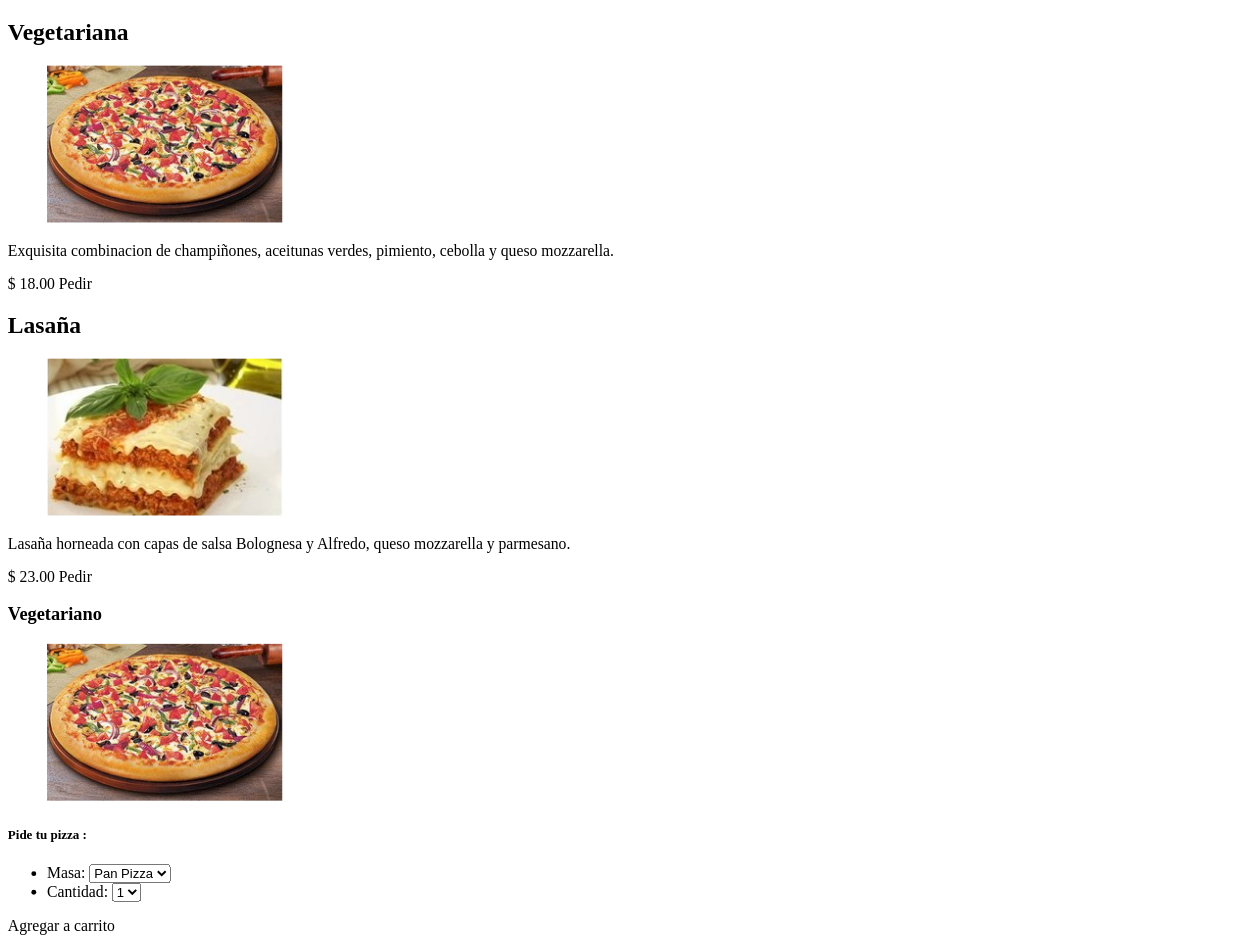
Repository: ProSoft-PDSI/sdsddo
Page: http://localhost/sdsr/Especiales
An editor plug-in stored every save of this project. The page is shown before and after the next save, followed by the edit.
The browser window is 1280 px wide. The pictures show the whole page, at 98% of full size.
The page is served by Tomcat 9. Other server files are loaded and not shown. Queries for data that is not in the repository find no rows.

Above is the page before, as saved 2014-07-21 00:37:27.

### Web/sdsr/WebContent/Especiales.jsp
<%@ page language="java" contentType="text/html; charset=ISO-8859-1"
    pageEncoding="ISO-8859-1"%>
<%@ taglib prefix="c" uri="http://java.sun.com/jsp/jstl/core"%>
<!DOCTYPE html>
<html>
<head>
<meta charset="utf-8">
<title></title>
</head>
<body id="page4">
<div class="body6">
	<div class="body1">
		<div class="main">
<!-- content -->
			<article id="content">
				<div class="wrap">
					<section class="cols">
						<div class="box">
							<div>
								<h2 class="letter_spacing"> Vegetariana</h2>
								<figure><img src="images/esp_1.jpg" alt="" ></figure>
								<p class="pad_bot1"> Exquisita combinacion de champiñones, aceitunas verdes, pimiento, cebolla y queso mozzarella.</p>
								<a class="md-trigger" data-modal="modal-1" class="button1">$ 18.00 Pedir</a>
							</div>
						</div>
					</section>
					<section class="cols pad_left1">
						<div class="box">
							<div>
								<h2>Lasaña </h2>
								<figure><img src="images/esp_2.jpg" alt="" ></figure>
								<p class="pad_bot1">Lasaña horneada con capas de salsa Bolognesa y Alfredo, queso mozzarella y parmesano.</p>
								<a class="md-trigger" data-modal="modal-2" class="button1">$ 23.00 Pedir</a>
							</div>
						</div>
					</section>
				</div>
			</article>
		</div>
	</div>
</div>
<div id="modal-1" class="md-modal md-effect-1" >
			<div class="md-content">
				<h3><span>Vegetariano</span></h3>
				<div>
					<h3><figure><img src="images/esp_1.jpg" alt="" ></figure></h3>
					<h5>Pide tu pizza :</h5>
						 <ul>
							<li>Masa:
								<select>
									<option>Pan Pizza</option>
									<option>PHD</option>
								</select>
							</li>
							<li>Cantidad:
								<select>
									<option>1</option>
									<option>2</option>
									<option>3</option>
									<option>4</option>
									<option>5</option>
								</select>
							</li>
						</ul>
						<a class="button1" class="md-close"> Agregar a carrito</a>
		        </div>
        </div>
</div>

</body>
</html>

### Web/sdsr/src/controller/PedidosController.java
package controller;

import java.io.IOException;
import java.util.List;
import java.util.Vector;

import javax.servlet.RequestDispatcher;
import javax.servlet.ServletException;
import javax.servlet.annotation.WebServlet;
import javax.servlet.http.HttpServlet;
import javax.servlet.http.HttpServletRequest;
import javax.servlet.http.HttpServletResponse;
import javax.servlet.http.HttpSession;

import entity.Cliente;
import entity.DetallePedido;
import entity.Pedido;
import entity.Usuario;
import model.ControlModel;
import model.PedidosModel;
import model.ProductoModel;

@WebServlet({"/InsertarPedido","/EliminarPedido","/ModificarPedido","/ListaPedidos","/Entrada","/Pizza","/Especiales","/InsertaLista"})
public class PedidosController extends HttpServlet {
	private static final long serialVersionUID = 1L;
	List<DetallePedido> listapedido = new Vector<DetallePedido>();

    public PedidosController() {
        super();
    }

    protected void doPost(HttpServletRequest request, HttpServletResponse response) throws ServletException, IOException {
		String alias = request.getServletPath();
		if(alias.equals("/Entrada")){
			EntradaPost(request,response);
		}else if(alias.equals("/Pizza")){
			PizzaPost(request,response);
		}else if(alias.equals("/Especiales")){
			EspecialesPost(request,response);
		}else if(alias.equals("/InsertarPedido")){
			InsertarPedido(request,response);
		}
    }


	private void EspecialesPost(HttpServletRequest request,
			HttpServletResponse response) throws ServletException, IOException {
		try {
			ProductoModel model = new ProductoModel();
			request.setAttribute("listaespecial", model.getEspeciales());

			HttpSession session = request.getSession(true);
			String codProducto = (String) request.getParameter("codigo");
			int cantidad = Integer.parseInt((String)request.getParameter("cant"));
			DetallePedido bean = new DetallePedido();
			ControlModel model1 = new ControlModel();
			bean.setNropedido(model1.getValor("pedido"));
			bean.setCodproducto(codProducto);
			bean.setCant(cantidad);
			listapedido.add(bean);
			session.setAttribute("lista", listapedido);
		} catch (Exception e) {
			System.out.println(e.getMessage());
		}
		RequestDispatcher rd;
		rd = request.getRequestDispatcher("Pedido.jsp");
		rd.forward(request, response);

	}

	private void PizzaPost(HttpServletRequest request,
			HttpServletResponse response) throws ServletException, IOException {
		try {
			ProductoModel model = new ProductoModel();
			request.setAttribute("listapizza", model.getPizza());
			request.setAttribute("listapizzaclasico", model.getPizzaClasico());

			HttpSession session = request.getSession(true);
			String codProducto = (String) request.getParameter("codigo");
			int cantidad = Integer.parseInt((String)request.getParameter("cant"));
			DetallePedido bean = new DetallePedido();
			ControlModel model1 = new ControlModel();
			bean.setNropedido(model1.getValor("pedido"));
			bean.setCodproducto(codProducto);
			bean.setCant(cantidad);
			listapedido.add(bean);
			session.setAttribute("lista", listapedido);
		} catch (Exception e) {
			System.out.println(e.getMessage());
		}

		RequestDispatcher rd;
		rd = request.getRequestDispatcher("Pedido.jsp");
		rd.forward(request, response);
	}

	private void EntradaPost(HttpServletRequest request,
			HttpServletResponse response) throws ServletException, IOException {
		try {
		ProductoModel model = new ProductoModel();
		request.setAttribute("listaentrada", model.getEntrada());
		request.setAttribute("listaentradaclasico", model.getEntradaClasico());

		HttpSession session = request.getSession(true);
		String codProducto = (String) request.getParameter("codigo");
		int cantidad = Integer.parseInt((String)request.getParameter("cant"));
		DetallePedido bean = new DetallePedido();
		ControlModel model1 = new ControlModel();
		bean.setNropedido(model1.getValor("pedido"));
		bean.setCodproducto(codProducto);
		bean.setCant(cantidad);
		listapedido.add(bean);
		session.setAttribute("lista", listapedido);
		} catch (Exception e) {
			System.out.println(e.getMessage());
		}
		RequestDispatcher rd;
		rd = request.getRequestDispatcher("Pedido.jsp");
		rd.forward(request, response);

	}

	protected void doGet(HttpServletRequest request, HttpServletResponse response) throws ServletException, IOException {
		String alias = request.getServletPath();
		if(alias.equals("/ListaPedidos")){
				ListaPedidos(request,response);
		}else if(alias.equals("/Entrada")){
			Entrada(request,response);
		}else if(alias.equals("/Pizza")){
			Pizza(request,response);
		}else if(alias.equals("/Especiales")){
			Especiales(request,response);
		}
	}

	private void Especiales(HttpServletRequest request,
			HttpServletResponse response) throws ServletException, IOException {
		ProductoModel model = new ProductoModel();
		request.setAttribute("listaespecial", model.getEspeciales());
		RequestDispatcher rd;
		rd = request.getRequestDispatcher("Especiales.jsp");
		rd.forward(request, response);

	}


	private void Pizza(HttpServletRequest request, HttpServletResponse response) throws ServletException, IOException {
		try{
		ProductoModel model = new ProductoModel();
		request.setAttribute("listapizza", model.getPizza());
		request.setAttribute("listapizzaclasico", model.getPizzaClasico());
		} catch (Exception e) {
			System.out.println(e.getMessage());
		}
		RequestDispatcher rd;
		rd = request.getRequestDispatcher("Clasica.jsp");
		rd.forward(request, response);

	}

	private void Entrada(HttpServletRequest request, HttpServletResponse response) throws ServletException, IOException {
		try{
		ProductoModel model = new ProductoModel();
		request.setAttribute("listaentrada", model.getEntrada());
		request.setAttribute("listaentradaclasico", model.getEntradaClasico());
		} catch (Exception e) {
			System.out.println(e.getMessage());
		}
		RequestDispatcher rd;
		rd = request.getRequestDispatcher("Entrada.jsp");
		rd.forward(request, response);

	}

	private void ListaPedidos(HttpServletRequest request,
			HttpServletResponse response) throws ServletException, IOException {
			HttpSession session = request.getSession(true);
			session.getAttribute("lista");
			RequestDispatcher rd = request.getRequestDispatcher("Pedido.jsp");
			rd.forward(request, response);

	}

	private void InsertarPedido(HttpServletRequest request,
			HttpServletResponse response) throws ServletException, IOException {
			try{
			HttpSession session = request.getSession(true);
				Cliente cli = (Cliente)session.getAttribute("cliente");
				Usuario usu = (Usuario)session.getAttribute("user");
				PedidosModel model = new PedidosModel();
				ControlModel model1 = new ControlModel();
				String codigo = model1.getValor("pedido");
				model.InsertarPedidos(cli.getDni(),usu.getUsuario());
				model.InsertaProductosDetallePedido(listapedido, usu.getUsuario());
				Pedido pedido = model.getPedido(codigo);
				session.setAttribute("nropedido",codigo);
				session.setAttribute("totalpedido", pedido.getTotalpedido());
				System.out.println(pedido.getTotalpedido());
				request.setAttribute("mensaje", "insercion Exitosa");
				session.removeAttribute("listapedido");
			} catch (Exception e) {
				System.out.println(e.getMessage());
			}
			RequestDispatcher rd = request.getRequestDispatcher("Pagos.jsp");
			rd.forward(request, response);
	}

}

### Web/sdsr/src/model/ProductoModel.java
package model;

import java.util.List;

import dao.impl.ProductoDaoImpl;
import dao.spec.ProductoDao;
import entity.Producto;

public class ProductoModel {
	public List<Producto> getEntrada(){
		ProductoDao dao = new ProductoDaoImpl();
		List<Producto> entrada = dao.getEntrada();
		return entrada;
	}

	public List<Producto> getEntradaClasico(){
		ProductoDao dao = new ProductoDaoImpl();
		List<Producto> entrada = dao.getEntradaClasico();
		return entrada;
	}

	public List<Producto> getPizza(){
		ProductoDao dao = new ProductoDaoImpl();
		List<Producto> entrada = dao.getPizza();
		return entrada;
	}

	public List<Producto> getEspeciales(){
		ProductoDao dao = new ProductoDaoImpl();
		List<Producto> entrada = dao.getEspeciales();
		return entrada;
	}

	public List<Producto> getPizzaClasico(){
		ProductoDao dao = new ProductoDaoImpl();
		List<Producto> entrada = dao.getPizzaClasico();
		return entrada;
	}

	public Producto getProducto(String codProducto){
		ProductoDao dao = new ProductoDaoImpl();
		return dao.getProducto(codProducto);

	}
}

### Web/sdsr/src/dao/spec/ProductoDao.java
package dao.spec;

import java.util.List;

import entity.Producto;

public interface ProductoDao {
	List<Producto> getEntrada();
	List<Producto> getEntradaClasico();
	List<Producto> getPizza();
	List<Producto> getPizzaClasico();
	List<Producto> getEspeciales();
	Producto getProducto(String Producto);
	String getNombreProducto(String codproducto);
}

### Web/sdsr/src/dao/util/RowMapper.java
package dao.util;

import java.sql.ResultSet;

public interface RowMapper<T> {
	public abstract T mapRow(ResultSet rs);
}

### Web/sdsr/src/dao/impl/ProductoDaoImpl.java
package dao.impl;

import java.sql.Connection;
import java.sql.PreparedStatement;
import java.sql.ResultSet;
import java.sql.SQLException;
import java.sql.Statement;
import java.util.ArrayList;
import java.util.List;

import dao.spec.ProductoDao;
import dao.util.AccesoDB;
import dao.util.RowMapper;
import entity.Producto;

public class ProductoDaoImpl implements ProductoDao,RowMapper<Producto> {

	@Override
	public List<Producto> getEntrada() {
		List<Producto> menu=new ArrayList<Producto>();
		Connection cn=null;
		try {
			cn = AccesoDB.getConnection();
			String sql="select * from producto where categoria = 'normal' and codproducto like 'EN%' ";
			Statement stm = cn.createStatement();
			ResultSet rs = stm.executeQuery(sql);
			while(rs.next()){
				menu.add(mapRow(rs));
			}
			rs.close();
			stm.close();
		} catch (Exception e) {
			throw new RuntimeException(e.getMessage());
		}finally{
			try {
				cn.close();
			} catch (SQLException e) {
				throw new RuntimeException(e.getMessage());
			}
		}
		return menu;
	}


	public List<Producto> getEntradaClasico() {
		List<Producto> menu=new ArrayList<Producto>();
		Connection cn=null;
		try {
			cn = AccesoDB.getConnection();
			String sql="select * from producto where categoria = 'clasico' and codproducto like 'EN%' ";
			Statement stm = cn.createStatement();
			ResultSet rs = stm.executeQuery(sql);
			while(rs.next()){
				menu.add(mapRow(rs));
			}
			rs.close();
			stm.close();
		} catch (Exception e) {
			throw new RuntimeException(e.getMessage());
		}finally{
			try {
				cn.close();
			} catch (SQLException e) {
				throw new RuntimeException(e.getMessage());
			}
		}
		return menu;
	}


	public Producto mapRow(ResultSet rs) {
		Producto bean = new Producto();
		try {
			bean.setCodProducto(rs.getString("codproducto"));
			bean.setNombre(rs.getString("nombreproducto"));
			bean.setDescripcion(rs.getString("descrproducto"));
			bean.setPrecio(rs.getDouble("preciounitario"));
			bean.setCategoria(rs.getString("categoria"));
			bean.setImagen(rs.getString("imagen"));
			bean.setStock(rs.getInt("stock"));
		} catch (SQLException e) {
			throw new RuntimeException(e.getMessage());
		}
		return bean;

	}

	@Override
	public Producto getProducto(String codproducto) {
		Connection cn=null;
		Producto pro = new Producto();
		try {
			cn = AccesoDB.getConnection();
			String sql="select * from producto where codproducto = ?";
			PreparedStatement pstm = cn.prepareStatement(sql);
			pstm.setString(1, codproducto);
			ResultSet rs = pstm.executeQuery(sql);
			rs.next();
			pro=mapRow(rs);
			rs.close();
			pstm.close();
		} catch (Exception e) {
			throw new RuntimeException(e.getMessage());
		}finally{
			try {
				cn.close();
			} catch (SQLException e) {
				throw new RuntimeException(e.getMessage());
			}
		}
		return pro;
	}

	@Override
	public String getNombreProducto(String codproducto) {
		Connection cn=null;
		String nombre=null;
		try {
			cn = AccesoDB.getConnection();
			String sql="select nombreproducto from producto where codproducto = ?";
			PreparedStatement pstm = cn.prepareStatement(sql);
			pstm.setString(1, codproducto);
			ResultSet rs = pstm.executeQuery(sql);
			while(rs.next()){
				nombre= rs.getString("nombreproducto");
			}

			rs.close();
			pstm.close();
		} catch (Exception e) {
			throw new RuntimeException(e.getMessage());
		}finally{
			try {
				cn.close();
			} catch (SQLException e) {
				throw new RuntimeException(e.getMessage());
			}
		}
		return nombre;
	}


	@Override
	public List<Producto> getPizza() {
		List<Producto> menu=new ArrayList<Producto>();
		Connection cn=null;
		try {
			cn = AccesoDB.getConnection();
			String sql="select replace(nombreproducto,'Personal',''),descrproducto,categoria,imagen,stock from producto where categoria = 'normal'"
					+ "and codproducto like 'PI%'"
					+ "and nombreproducto like '%Personal'";
			Statement stm = cn.createStatement();
			ResultSet rs = stm.executeQuery(sql);
			while(rs.next()){
				Producto bean = new Producto();
				bean.setCodProducto("PI");
				bean.setNombre(rs.getString(1));
				bean.setDescripcion(rs.getString("descrproducto"));
				bean.setPrecio(0);
				bean.setCategoria(rs.getString("categoria"));
				bean.setImagen(rs.getString("imagen"));
				bean.setStock(rs.getInt("stock"));
				menu.add(bean);
			}
			rs.close();
			stm.close();
		} catch (Exception e) {
			throw new RuntimeException(e.getMessage());
		}finally{
			try {
				cn.close();
			} catch (SQLException e) {
				throw new RuntimeException(e.getMessage());
			}
		}
		return menu;
	}


	@Override
	public List<Producto> getPizzaClasico() {
		List<Producto> menu=new ArrayList<Producto>();
		Connection cn=null;
		try {
			cn = AccesoDB.getConnection();
			String sql="select replace(nombreproducto,'Personal',''),descrproducto,categoria,imagen,stock from producto where categoria = 'clasico'"
					+ "and codproducto like 'PI%'"
					+ "and nombreproducto like '%Personal'";
			Statement stm = cn.createStatement();
			ResultSet rs = stm.executeQuery(sql);
			while(rs.next()){
				Producto bean = new Producto();
				bean.setCodProducto("PI");
				bean.setNombre(rs.getString(1));
				bean.setDescripcion(rs.getString("descrproducto"));
				bean.setPrecio(0);
				bean.setCategoria(rs.getString("categoria"));
				bean.setImagen(rs.getString("imagen"));
				bean.setStock(rs.getInt("stock"));
				menu.add(bean);
			}
			rs.close();
			stm.close();
		} catch (Exception e) {
			throw new RuntimeException(e.getMessage());
		}finally{
			try {
				cn.close();
			} catch (SQLException e) {
				throw new RuntimeException(e.getMessage());
			}
		}
		return menu;
	}


	@Override
	public List<Producto> getEspeciales() {
		List<Producto> menu=new ArrayList<Producto>();
		Connection cn=null;
		try {
			cn = AccesoDB.getConnection();
			String sql="select * from producto where codproducto like 'ES%'";
			Statement stm = cn.createStatement();
			ResultSet rs = stm.executeQuery(sql);
			while(rs.next()){
				menu.add(mapRow(rs));
			}
			rs.close();
			stm.close();
		} catch (Exception e) {
			throw new RuntimeException(e.getMessage());
		}finally{
			try {
				cn.close();
			} catch (SQLException e) {
				throw new RuntimeException(e.getMessage());
			}
		}
		return menu;
	}

}

### Web/sdsr/src/dao/util/AccesoDB.java
package dao.util;

import java.sql.Connection;
import java.sql.DriverManager;

public class AccesoDB {
	public static Connection getConnection() throws Exception {
		String driver = "oracle.jdbc.driver.OracleDriver";
		String url = "jdbc:oracle:thin:@localhost:1521/XE";
		String user = "restaurante";
		String pass = "admin";
		Class.forName(driver).newInstance();
		Connection cn=DriverManager.getConnection(url,user,pass);
		return cn;
	}
}

After the next save:
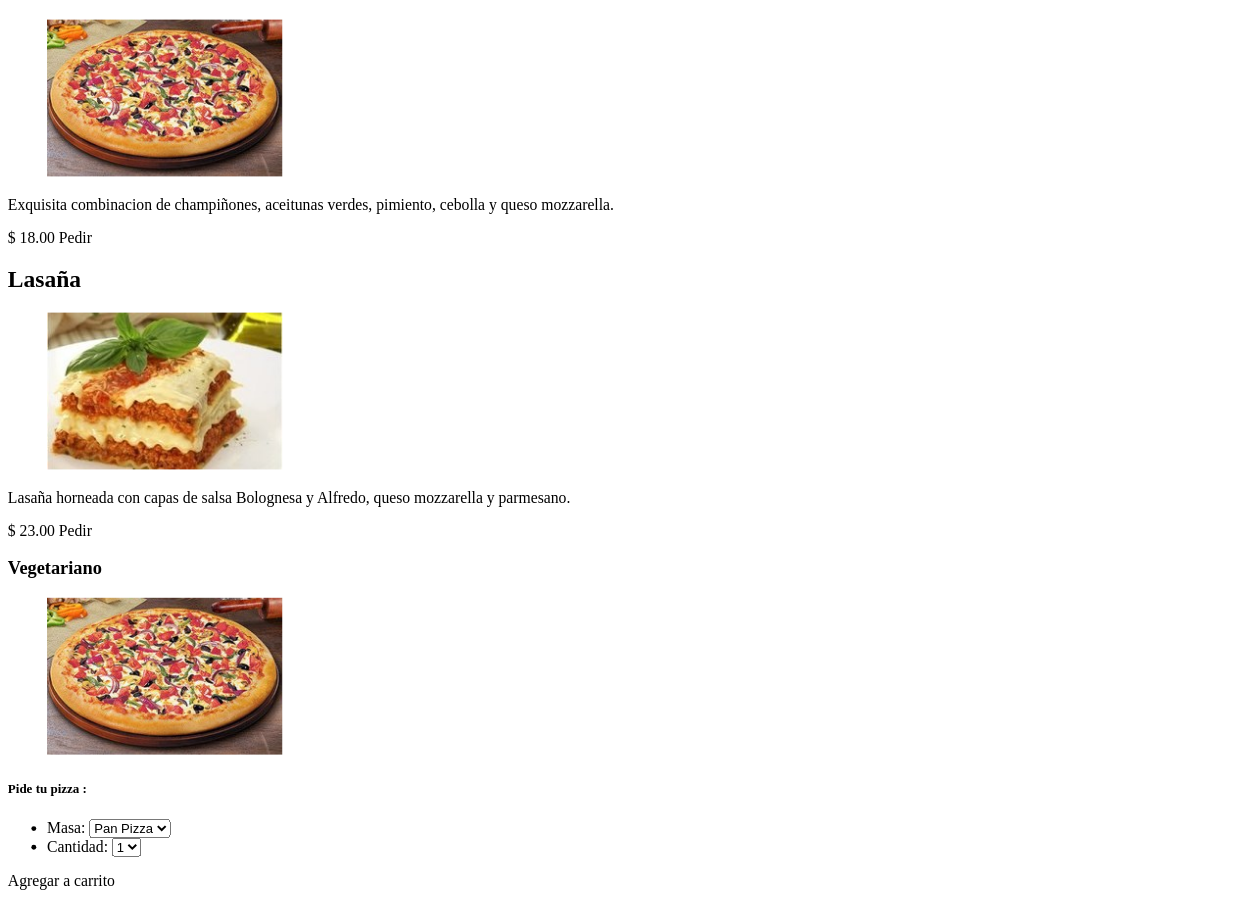
Saved 77 s later.
--- a/Web/sdsr/WebContent/Especiales.jsp
+++ b/Web/sdsr/WebContent/Especiales.jsp
@@ -17,7 +17,7 @@
 					<section class="cols">
 						<div class="box">
 							<div>
-								<h2 class="letter_spacing"> Vegetariana</h2>
+								<h2 class="letter_spacing"><c:out value="${i.nombre}"></c:out></h2>
 								<figure><img src="images/esp_1.jpg" alt="" ></figure>
 								<p class="pad_bot1"> Exquisita combinacion de champiñones, aceitunas verdes, pimiento, cebolla y queso mozzarella.</p>
 								<a class="md-trigger" data-modal="modal-1" class="button1">$ 18.00 Pedir</a>
